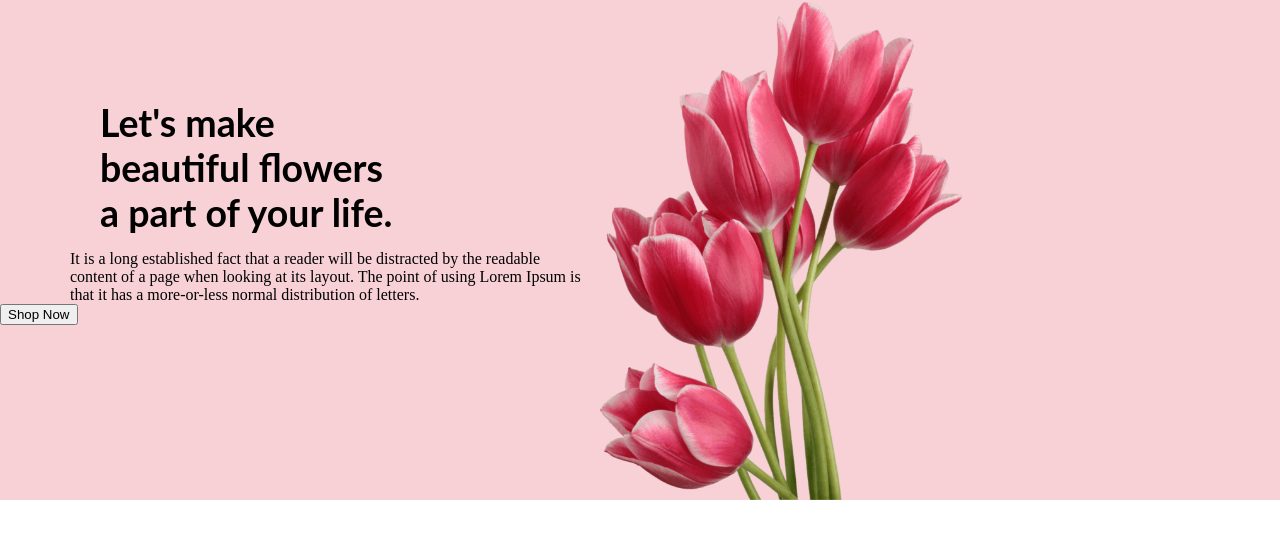
Repository: sadiaafsana138/Flower-Shop_Responsive
Page: index.html
An editor plug-in stored every save of this project. The page is shown before and after the next save, followed by the edit.
The browser window is 1280 px wide. The pictures show the whole page.

Above is the page before, as saved 2023-08-30 02:45:50.

### index.html
<!DOCTYPE html>
<html lang="en">
<head>
    <meta charset="UTF-8">
    <meta name="viewport" content="width=device-width, initial-scale=1.0">
    <title>Flower Shop</title>
    <link rel="stylesheet" href="Flower.css">
</head>
<body>
    <header>
       <section class="Section1">
        <div class="HeaderText">
            <div class="HeaderText" id="HeaderText1">
                <h1>
                    Let's make<br>beautiful flowers<br>a part of your life.
                </h1>
            </div>
            <div id="HeaderText2">
                <p>
                    It is a long established fact that a reader will be distracted by the readable<br>content of a page when looking at its layout. The point of using Lorem Ipsum is<br>that it has a more-or-less normal distribution of letters.
                </p>
            </div>
            <button>
                Shop Now
            </button>
        </div>
        <div>
            <img src="Images/1.png" alt="Cover image" height="500px" width="400px">
        </div>
       </section>

    </header>
    <main>
        <section class="Section2"></section>
        <section class="Section3"></section>
        <section class="Section4"></section>
        <section class="Section5"></section>
        <section class="Section6"></section>
        <section class="Section7"></section>
        <section class="Section8"></section>
    </main>
    <footer>

    </footer>
</body>
</html>

### Flower.css
*{
    margin:0px;
}
.Section1{
    background-color: rgb(248, 209, 215);
    height:500px;
    width: 100%;
    display: flex;
}
.HeaderText{

}
#HeaderText1{
    padding: 100px 70px 0px 100px;
    font-family: Lato;
    font-size:  25px;
    font-style: normal;
    font-weight: 800;
    padding-bottom:5px;
}
#HeaderText2{
    padding: 10px 0px 0px 70px;
}

After the next save:
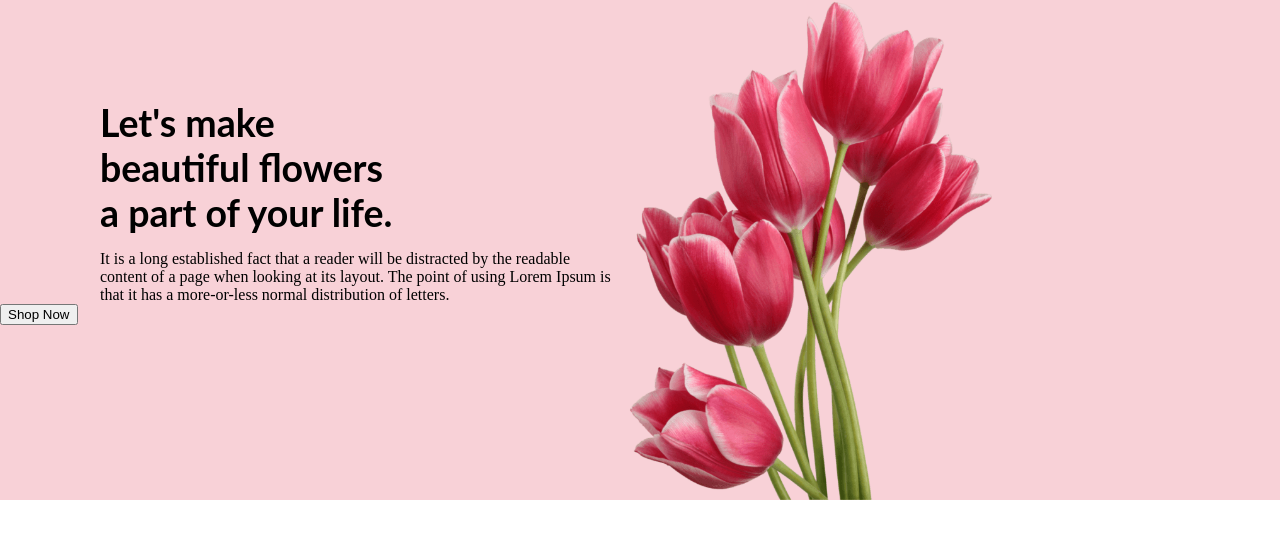
Saved 7 s later.
--- a/Flower.css
+++ b/Flower.css
@@ -19,5 +19,5 @@
     padding-bottom:5px;
 }
 #HeaderText2{
-    padding: 10px 0px 0px 70px;
+    padding: 10px 0px 0px 100px;
 }
